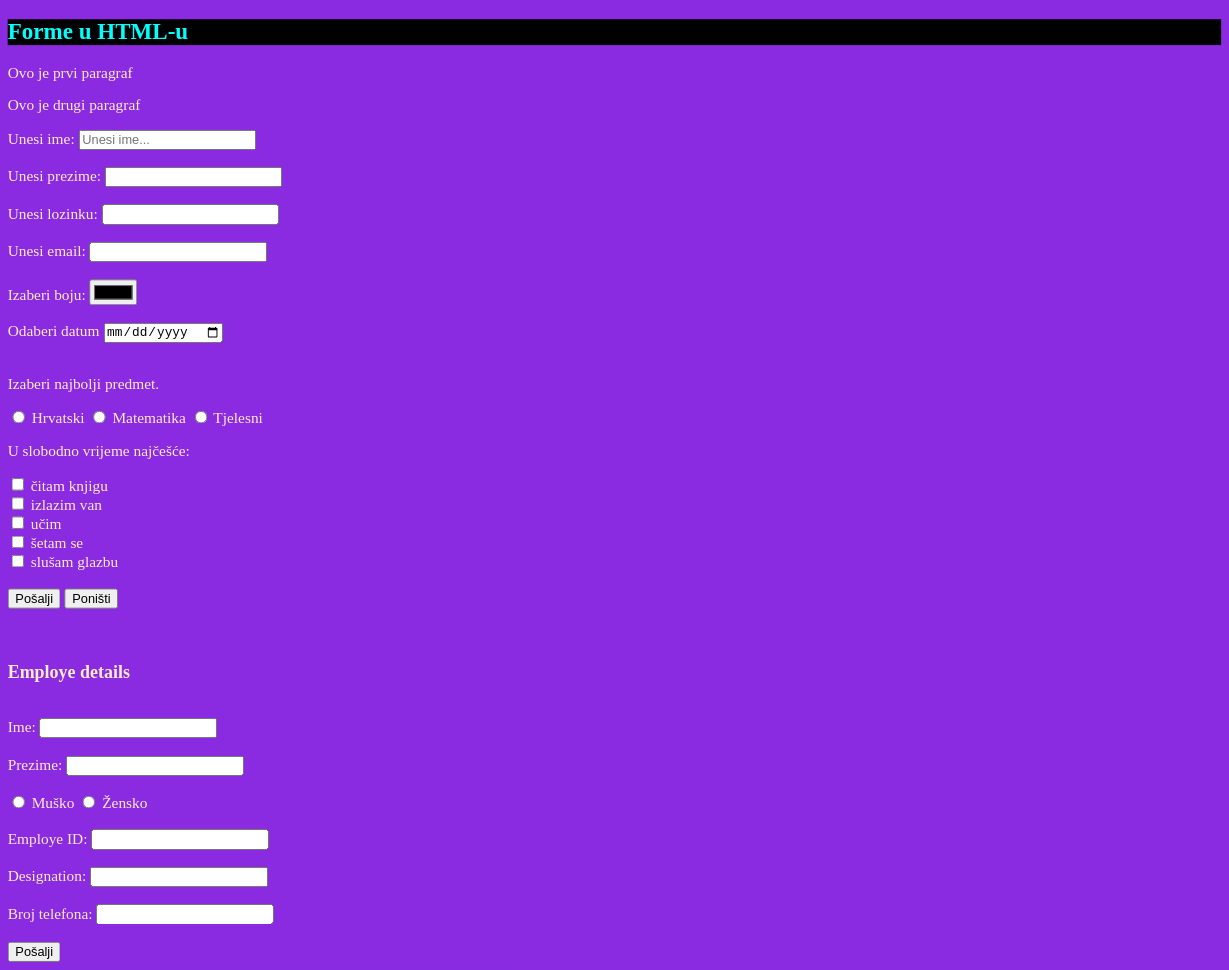
Repository: larabiondic/wp_biondic_lara
Page: forme/forme.html
An editor plug-in stored every save of this project. The page is shown before and after the next save, followed by the edit.
The browser window is 1280 px wide. The pictures show the whole page, at 96% of full size.

Above is the page before, as saved 2025-11-10 12:47:22.

### forme/forme.html
<!DOCTYPE html>
<html lang="en">
<head>
    <meta charset="UTF-8">
    <meta name="viewport" content="width=device-width, initial-scale=1.0">
    <title>Forme</title>
    <link rel="stylesheet" href="../STYLE.CSS">

</head>
<body>
    <h2>Forme u HTML-u</h2>
    <!-- INTERNAL css -->
    <!-- <style>
        h2 {color: aqua; background-color: black;

        }
        body { color: blanchedalmond; background-color: blueviolet;

        }

    </style> -->
    <p id="prvi">Ovo je prvi paragraf</p>
    <p class="drugi">Ovo je drugi paragraf</p>
    <form action="#" method="get">
        <label for="ime">Unesi ime:</label>
        <input type="text" id="Ime" placeholder="Unesi ime...">
        <br>
        <br>
        <label for="prezime">Unesi prezime:</label>
        <input type="text" id="prezime">
        <br>
        <br>
        <label for="pass">Unesi lozinku:</label>
        <input type="password" name="pass" id="pass" required>
        <br>
        <br>
        <label for="email">Unesi email:</label>
        <input type="email" name="email" id="email">
        <br>
        <br>
        <label for="color">Izaberi boju:</label>
        <input type="color" name="color" id="color">
        <br>
        <br>
        <label for="date">Odaberi datum</label>
        <input type="date" name="datum" id="datum">
        <br>
        <br>
        <p>Izaberi najbolji predmet.</p>
        <input type="radio" name="predmet" id="Hrvatski">
        <label for="Hrvatski">Hrvatski</label>
        <input type="radio" name="predmet" id="Matematika">
        <label for="Matematika">Matematika</label>
        <input type="radio" name="predmet" id="Tjelesni">
        <label for="Tjelesni">Tjelesni</label>
        <br>

        <p>U slobodno vrijeme najčešće:</p>
        <input type="checkbox" name="knjiga" id="knjiga">
        <label for="knjiga">čitam knjigu</label> <br>
        <input type="checkbox" name="izlazak" id="izlazak">
        <label for="izlazak">izlazim van</label> <br>
        <input type="checkbox" name="učenje" id="učenje">
        <label for="učenje">učim</label> <br>
        <input type="checkbox" name="šetam" id="šetam">
        <label for="šetam">šetam se</label> <br>
        <input type="checkbox" name="glazba" id="glazba">
        <label for="glazba">slušam glazbu</label>

        <br>
        <br>
        <input type="submit" value="Pošalji">
        <input type="reset" value="Poništi">
    </form>
    <br>
    <br>
    <h3>Employe details</h3>
    <br>
    <form action="#" method="get">
        <label for="ime">Ime:</label>
        <input type="text" id="Ime">
        <br>
        <br>
        <label for="prezime">Prezime:</label>
        <input type="text" id="prezime">
        <br>
        <br>
        <input type="radio" name="spol" id="Muško">
        <label for="Muško">Muško</label>
        <input type="radio" name="spol" id="Žensko">
        <label for="Žensko">Žensko</label>
        <br>
        <br>
        <label for="Employe ID">Employe ID:</label>
        <input type="text" id="Employe ID">
        <br>
        <br>
        <label for="Designation">Designation:</label>
        <input type="text" id="Designation">
        <br>
        <br>
        <label for="broj">Broj telefona:</label>
        <input type="number" name="broj" id="broj">
        <br>
        <br>
        <input type="submit" value="Pošalji">



    </form>

</body>
</html>

### STYLE.CSS

h2
 {color: aqua; background-color: black;}
 body { color: blanchedalmond; background-color: blueviolet;}

After the next save:
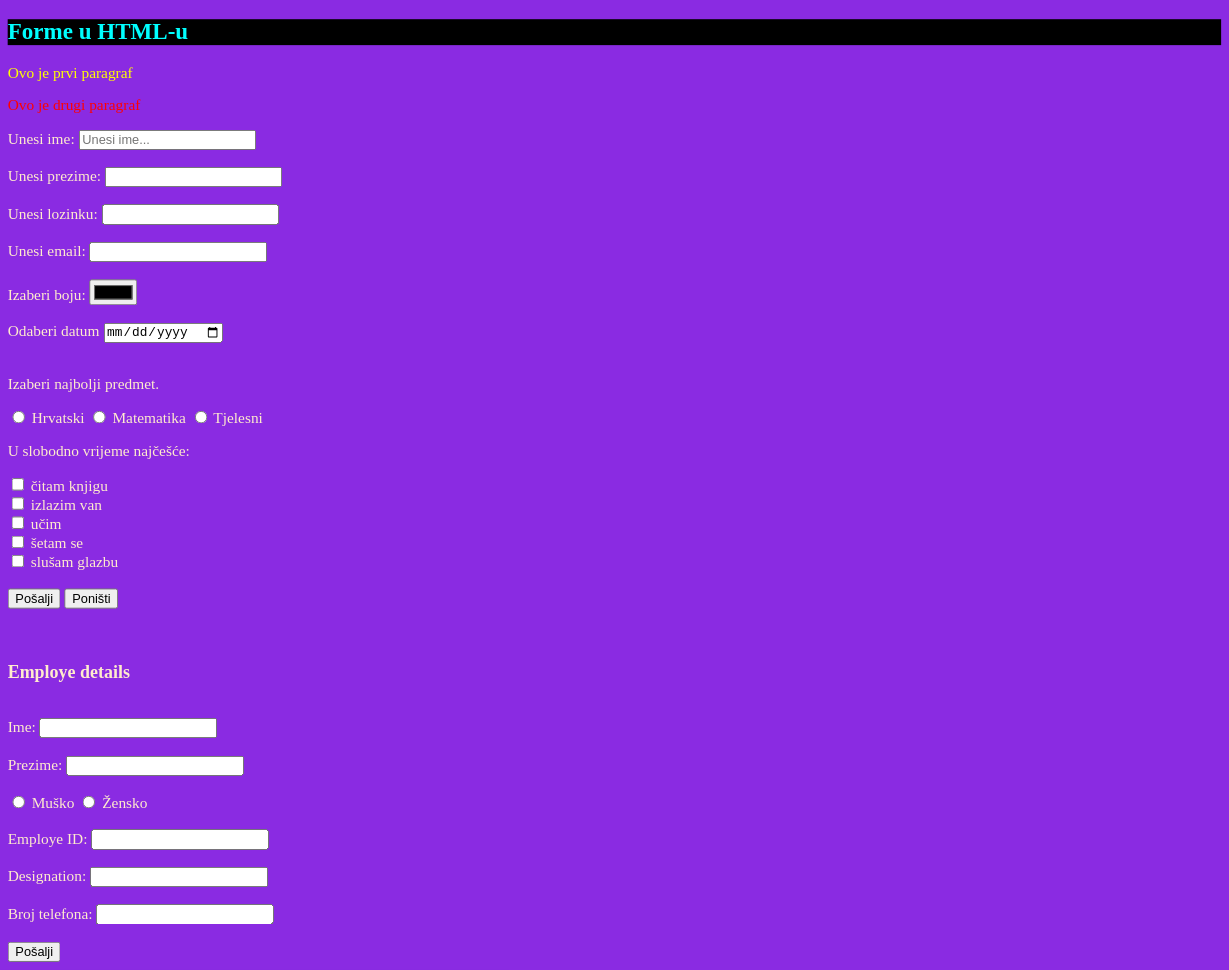
Saved 111 s later.
--- a/STYLE.CSS
+++ b/STYLE.CSS
@@ -2,3 +2,13 @@
 h2
  {color: aqua; background-color: black;}
  body { color: blanchedalmond; background-color: blueviolet;}
+
+
+ #prvi {
+    color: yellow;
+ }
+
+
+ .drugi {
+    color: red;
+ }
